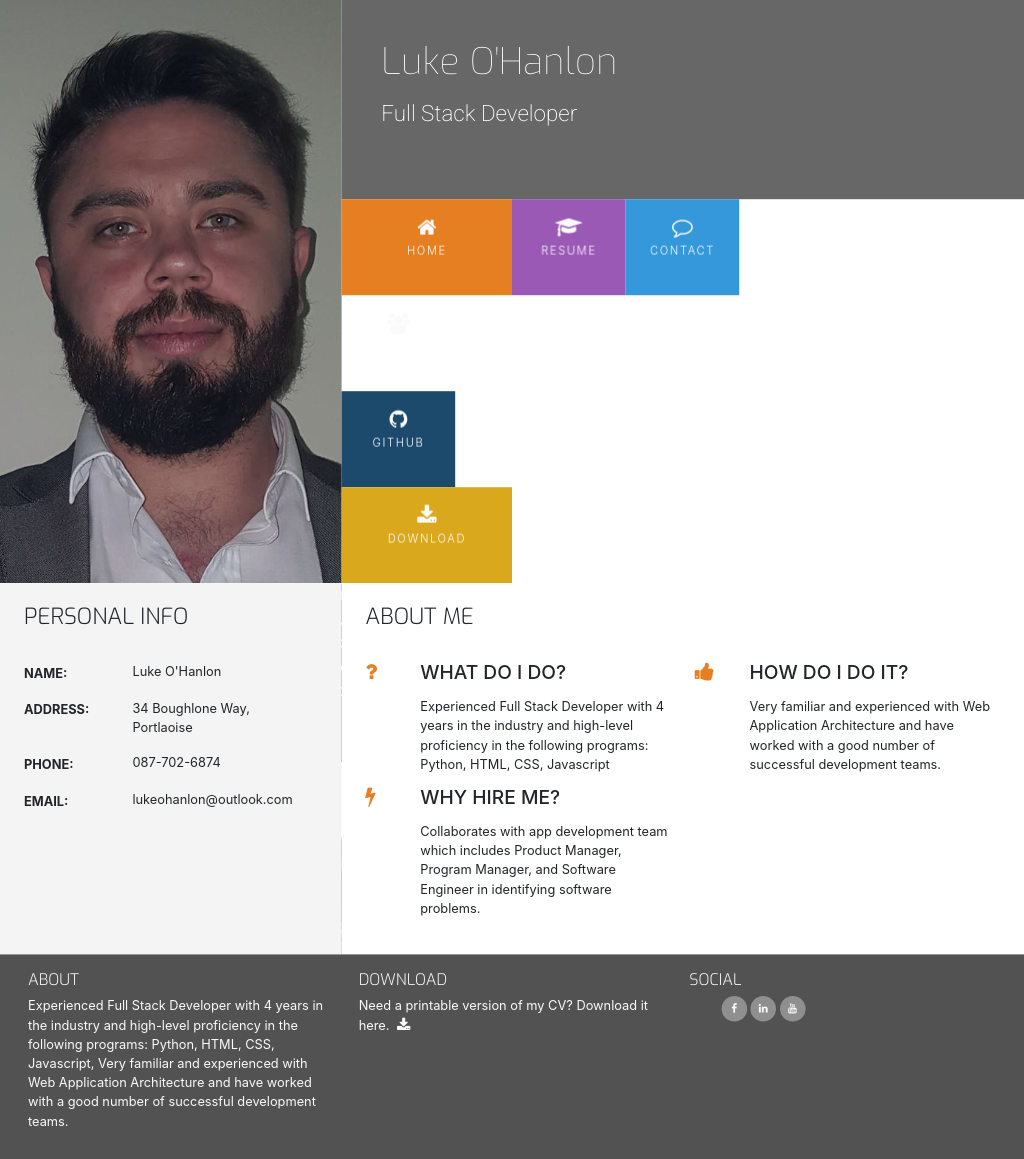
Repository: luke0han/my-resume
Page: index.html
The author's editor kept a record of every edit. The page is drawn from the files as they stood at one moment, then again after the next edit.
The browser window is 1280 px wide. The pictures show the whole page, at 80% of full size.

Above is the page before.

After the next edit:
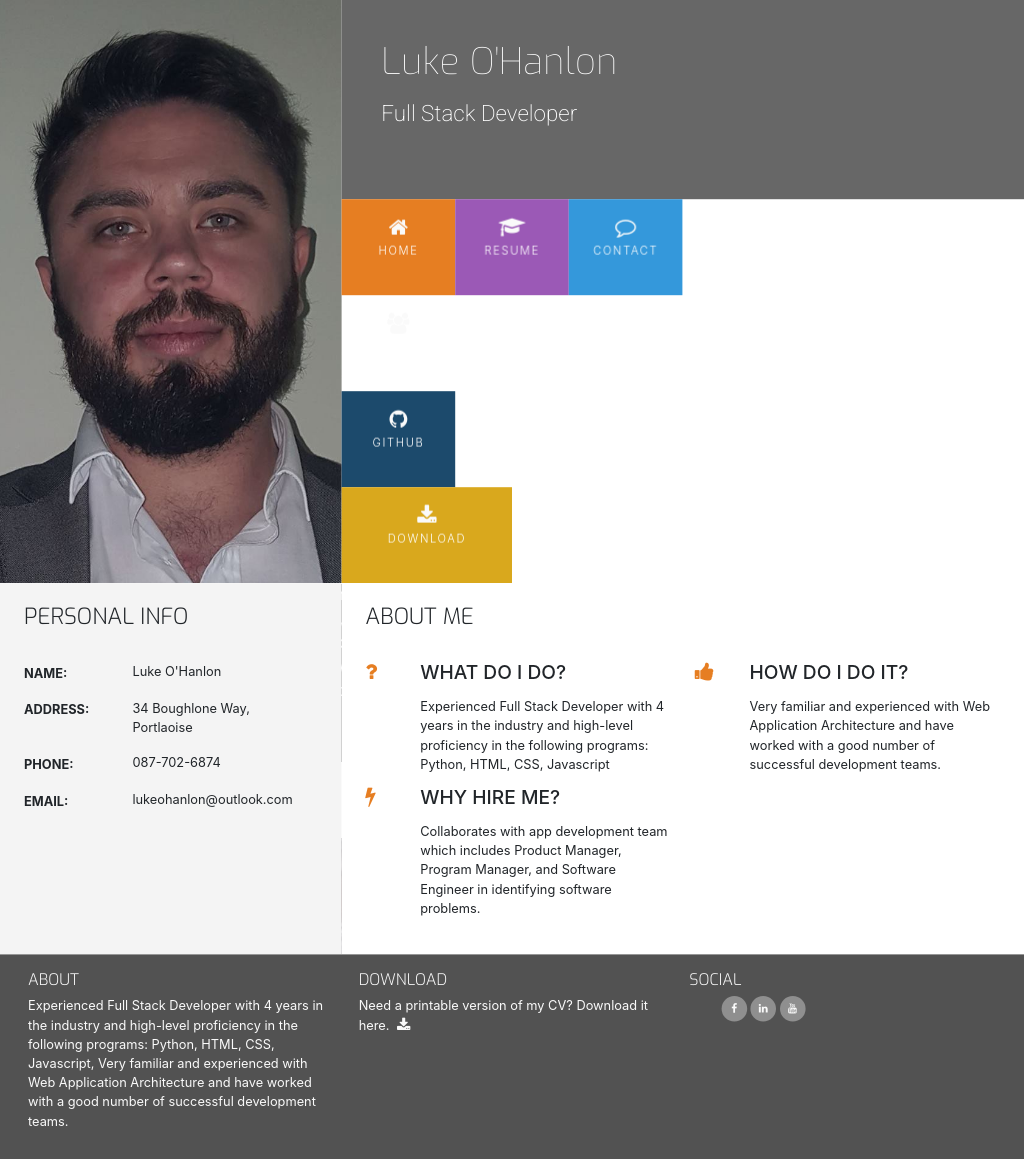
The edit:
--- a/index.html
+++ b/index.html
@@ -29,7 +29,7 @@
                 <div class="row no-gutters">
                     <div class="col">
                         <ul id="nav" class="list-inline menucontainer">
-                            <li class="col-6 col-sm-3 ui-menu-color-home list-inline-item menuitem">
+                            <li class="col-6 col-sm-2 ui-menu-color-home list-inline-item menuitem">
                                 <a href="index.html" class="hvr-sweep-to-bottom"><i class="fa fa-home" aria-hidden="true"></i><span>Home</span></a>
                             </li>
                             <li class="col-6 col-sm-2 ui-menu-color-resume list-inline-item menuitem">
